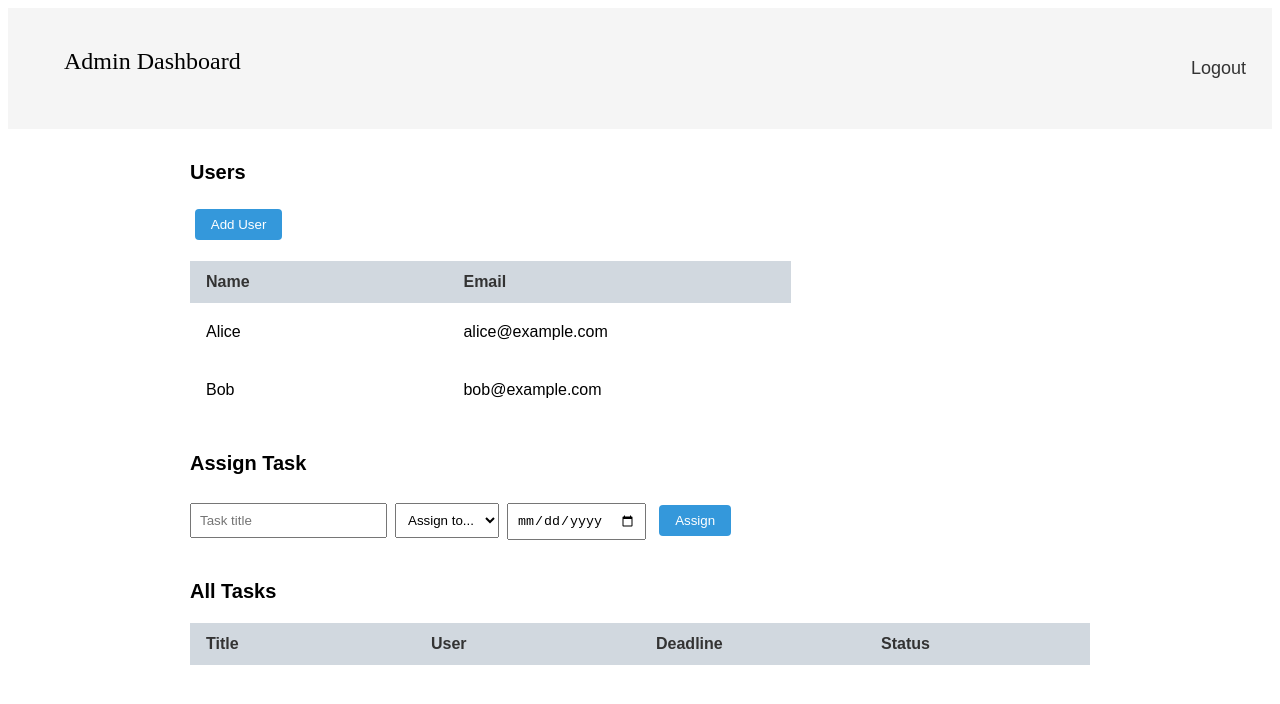
Repository: Edmund-Kiama/todoPHP
Page: /admin (app in task-manager-frontend/)
These files come from the project's save history. The page is drawn as it stood at one moment and after the next save; the edit follows.
The browser window is 1280 px wide. The pictures show the whole page.
The project was rebuilt for these pictures with package versions that can differ from the ones it lists, and the page was loaded fresh each time. Also part of the build but not shown: task-manager-frontend/vite.config.js, task-manager-frontend/src/components/Login/login.css, task-manager-frontend/src/components/Login/Login.vue, task-manager-frontend/src/components/User/UserDashboard.vue.

Above is the page before, as saved 2025-07-12 21:40:31.

After the next save:
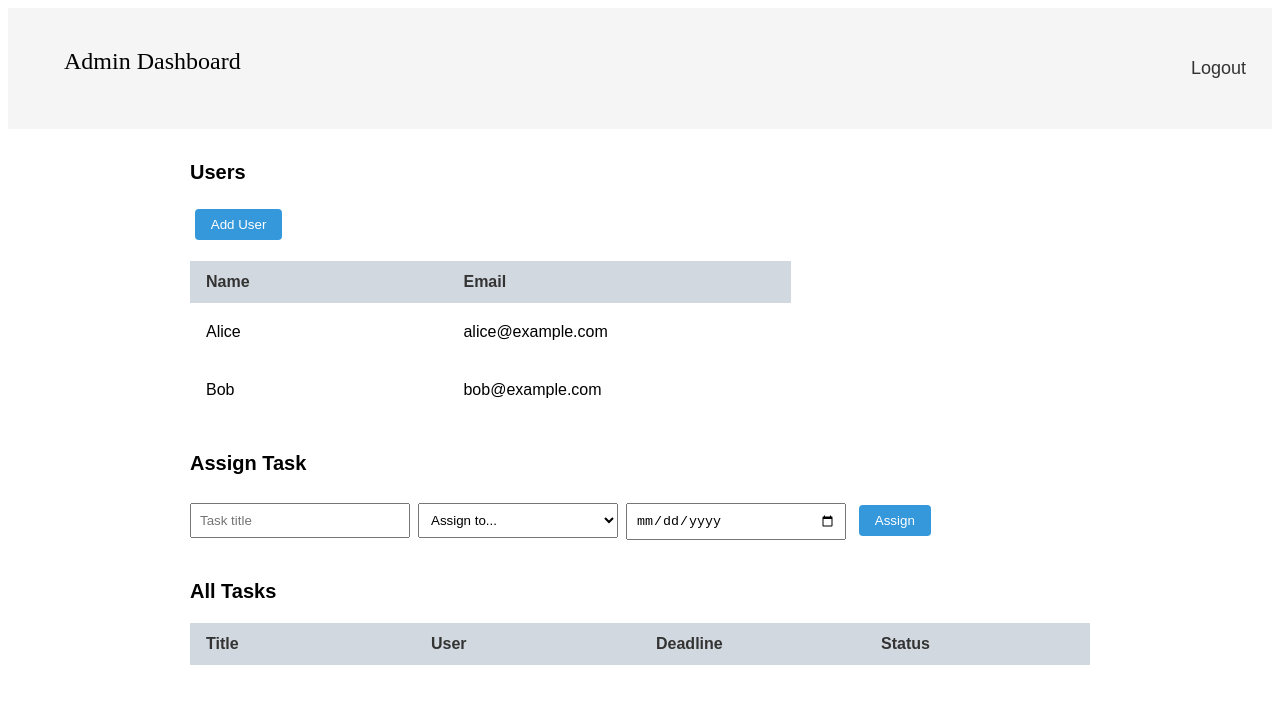
Saved 35 s later.
--- a/task-manager-frontend/src/components/Admin/admin.css
+++ b/task-manager-frontend/src/components/Admin/admin.css
@@ -92,3 +92,7 @@
 .admin-dashboard .modal-content input {
   width: 300px;
 }
+.admin-dashboard .assign input,
+.admin-dashboard .assign select {
+  width: 200px;
+}

After the save that followed:
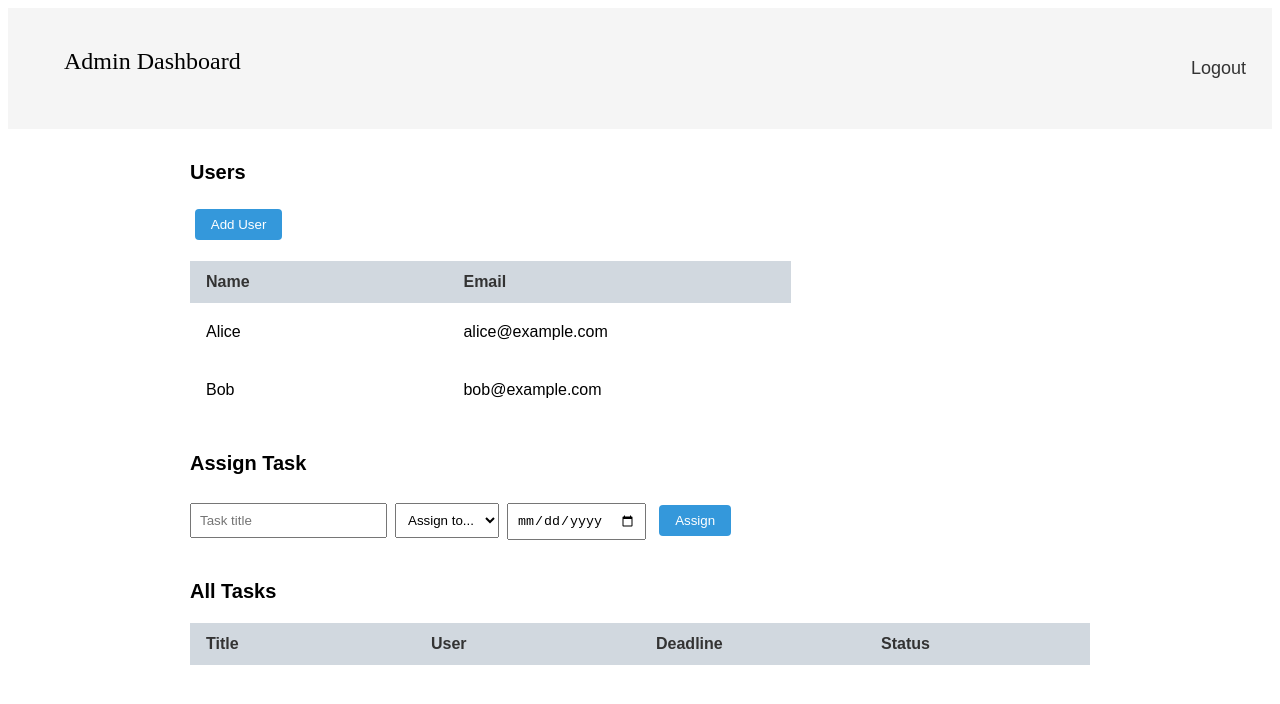
Saved 8 s later.
--- a/task-manager-frontend/src/components/Admin/admin.css
+++ b/task-manager-frontend/src/components/Admin/admin.css
@@ -94,5 +94,5 @@
 }
 .admin-dashboard .assign input,
 .admin-dashboard .assign select {
-  width: 200px;
+  width: 2;
 }
